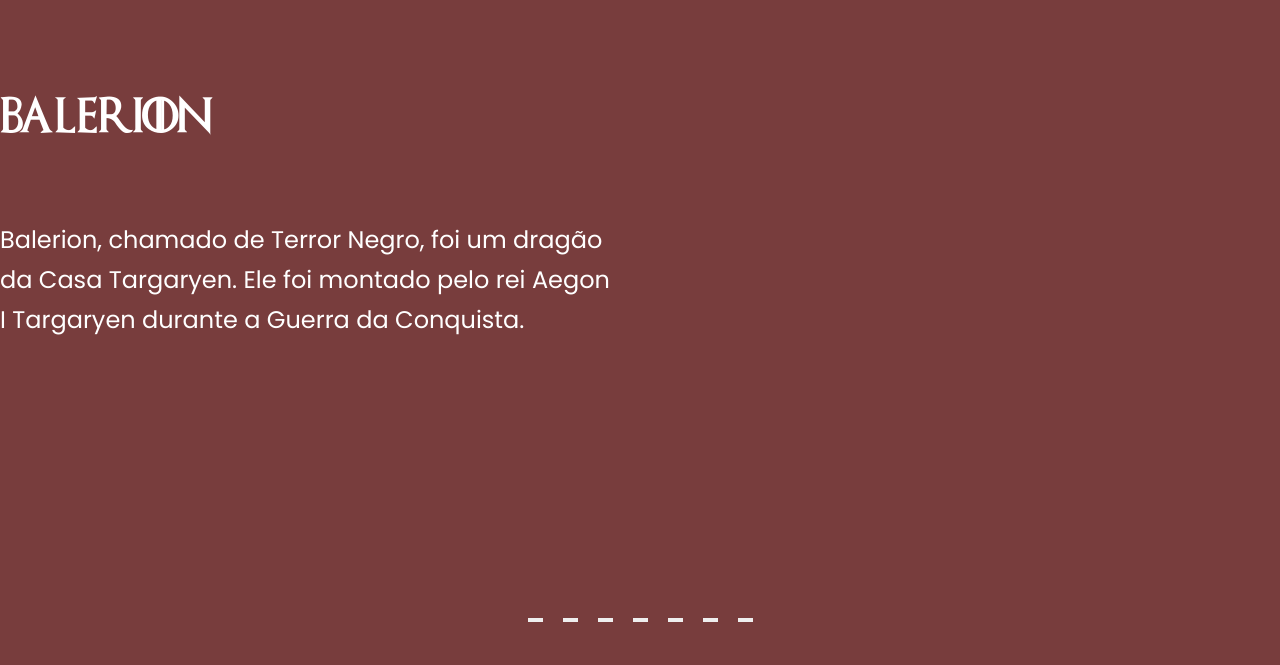
Repository: Caiquedev123/Dragaoes-progeto
Page: index.html
The author's editor kept a copy of each file at every save. The page is drawn from the files as they stood at one save, then again after a run of saves.
The browser window is 1280 px wide. The pictures show the whole page.

Above is the page before, as saved 2024-08-09 20:58:56.

After the next 3 saves:
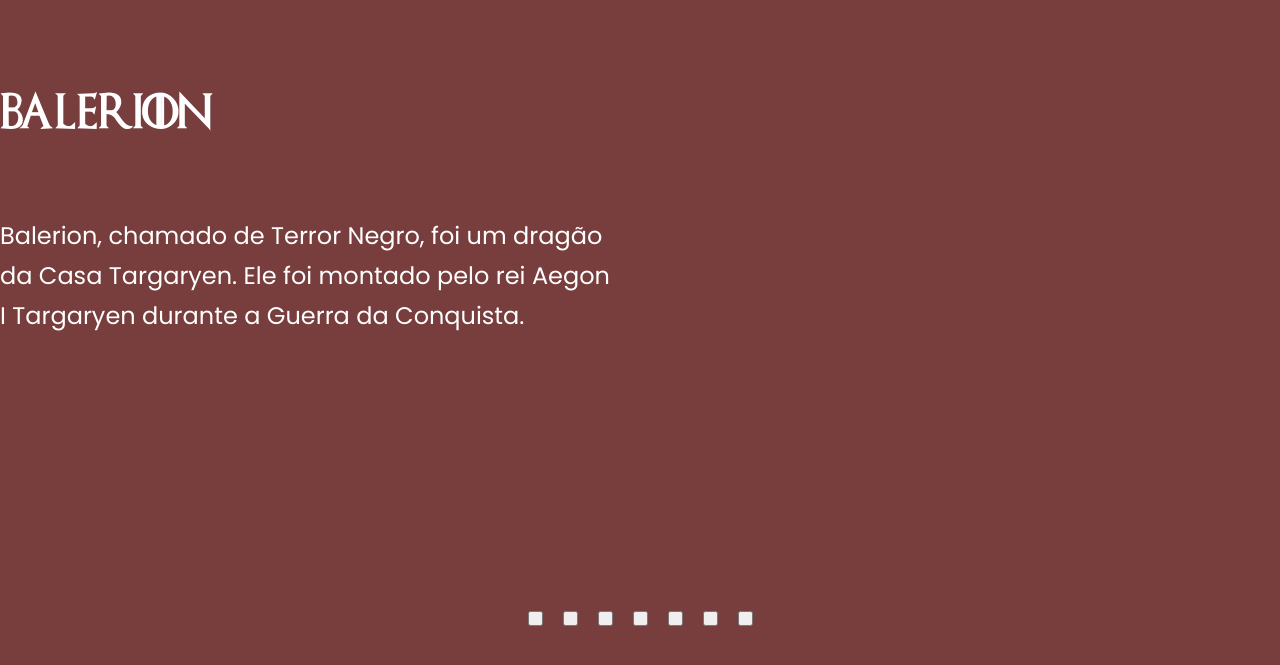
The 3 saves are shown as one change because they came seconds apart.
The last was saved 8 s later.
--- a/src/css/estilos.css
+++ b/src/css/estilos.css
@@ -59,4 +59,5 @@
 
 .botoes-carrossel .botao{
     width: 15px;
+    height: 15px;
 }
